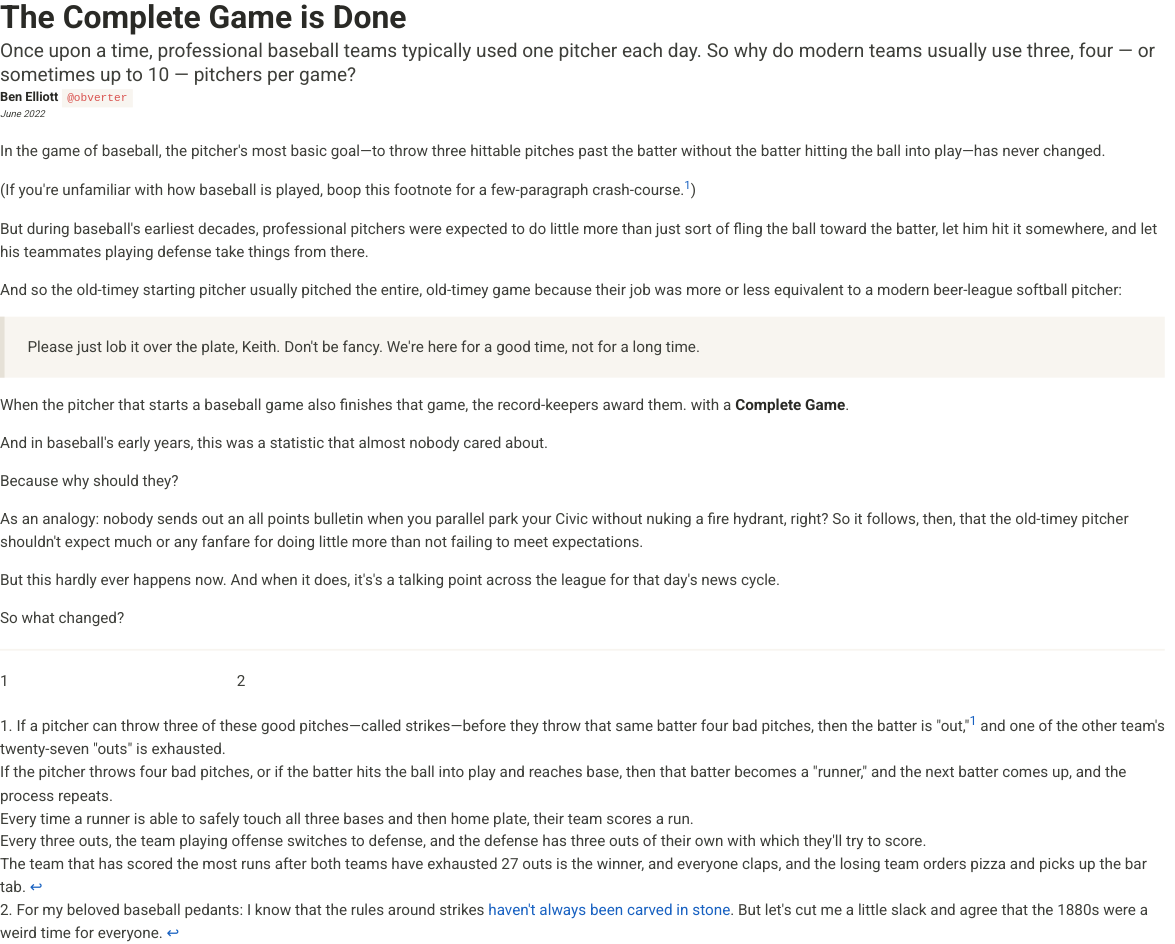
Repository: obverter/complete-games-are-done
Page: index.html
These files come from the project's save history. The page is drawn as it stood at one moment and after the next save; the edit follows.
The browser window is 1280 px wide. The page is 1291 px wide, so the pictures cover 1291 px, including what lies to the right of the window. The pictures show the whole page, at 91% of full size.

Above is the page before, as saved 2022-06-25 07:48:40.

### index.html
<!DOCTYPE html>
<html>
    <head>
        <meta charset="utf-8" />
        <meta name="viewport" content="width=device-width, initial-scale=1" />
        <title>Complete Games Are Done</title>
        <!-- todo: Title above is the text in the browser tab. -->
        <link rel="stylesheet" href="docs/bulmaswap.min.css" />
    </head>

    <body>
        <h1 class="title is-2">The Complete Game is Done</h1>
        <!-- todo: Title above is the Content title. -->
        <p class="subtitle is-4">
            Once upon a time, professional baseball teams typically used one
            pitcher each day. So why do modern teams usually use three, four —
            or sometimes up to 10 — pitchers per game?
            <!-- todo: Subtitle above is the Content subtitle. -->
        </p>

        <h6 class="title is-6">Ben Elliott <code>@obverter</code></h6>
        <h6 class="subtitle is-7"><em>June 2022</em></h6>
        <div class="content">
            <p>
                In the game of baseball, the pitcher's most basic goal—to throw
                three hittable pitches past the batter without the batter
                hitting the ball into play—has never changed.
            </p>
            <p>
                (If you're unfamiliar with how baseball is played, boop this
                footnote for a few-paragraph crash-course.<sup
                    ><a href="#fn1" id="ref1">1</a></sup
                >)
            </p>
            <p>
                But during baseball's earliest decades, professional pitchers
                were expected to do little more than just sort of fling the ball
                toward the batter, let him hit it somewhere, and let his
                teammates playing defense take things from there.
            </p>
            <p>
                And so the old-timey starting pitcher usually pitched the
                entire, old-timey game because their job was more or less
                equivalent to a modern beer-league softball pitcher:
            </p>
            <blockquote>
                Please just lob it over the plate, Keith. Don't be fancy. We're
                here for a good time, not for a long time.
            </blockquote>
            <p>
                When the pitcher that starts a baseball game also finishes that
                game, the record-keepers award them. with a
                <strong>Complete Game</strong>.
            </p>
            <p>
                And in baseball's early years, this was a statistic that almost
                nobody cared about.
            </p>
            <p>Because why should they?</p>
            <p>
                As an analogy: nobody sends out an all points bulletin when you
                parallel park your Civic without nuking a fire hydrant, right?
                So it follows, then, that the old-timey pitcher shouldn't expect
                much or any fanfare for doing little more than not failing to
                meet expectations.
            </p>
            <p>
                But this hardly ever happens now. And when it does, it's's a
                talking point across the league for that day's news cycle.
            </p>
            <p>So what changed?</p>
        </div>
        <hr />
        <div class="columns">
            <div class="column is-one-fifth">1</div>
            <div class="column is-two-fifths">2</div>
            <!-- <div class="column">3</div>
            <div class="column">4</div>
            <div class="column">5</div> -->
        </div>
        <sup id="fn1"></sup>
        <p>
            1. If a pitcher can throw three of these good pitches—called
            strikes—before they throw that same batter four bad pitches, then
            the batter is "out,"<sup><a href="#fn2" id="ref1">1</a></sup>
            and one of the other team's twenty-seven "outs" is exhausted.
        </p>
        <p>
            If the pitcher throws four bad pitches, or if the batter hits the
            ball into play and reaches base, then that batter becomes a
            "runner," and the next batter comes up, and the process repeats.
        </p>
        <p>
            Every time a runner is able to safely touch all three bases and then
            home plate, their team scores a run.
        </p>
        <p>
            Every three outs, the team playing offense switches to defense, and
            the defense has three outs of their own with which they'll try to
            score.
        </p>
        <p>
            The team that has scored the most runs after both teams have
            exhausted 27 outs is the winner, and everyone claps, and the losing
            team orders pizza and picks up the bar tab.
            <a href="#ref1" title="Jump back to footnote 1 in the text.">↩</a>
            <br />
            <sup id="fn2">
                <p>
                    2. For my beloved baseball pedants: I know that the rules
                    around strikes
                    <a
                        strong
                        href="https://www.baseball-almanac.com/articles/strike_zone_rules_history.shtml"
                        >haven't always been carved in stone</a
                    >. But let's cut me a little slack and agree that the 1880s
                    were a weird time for everyone.
                    <a href="#ref2" title="Jump back to footnote 2 in the text."
                        >↩</a
                    >
                </p></sup
            >
        </p>
    </body>
</html>

Loaded but not shown: docs/bulmaswap.min.css (library)

After the next save:
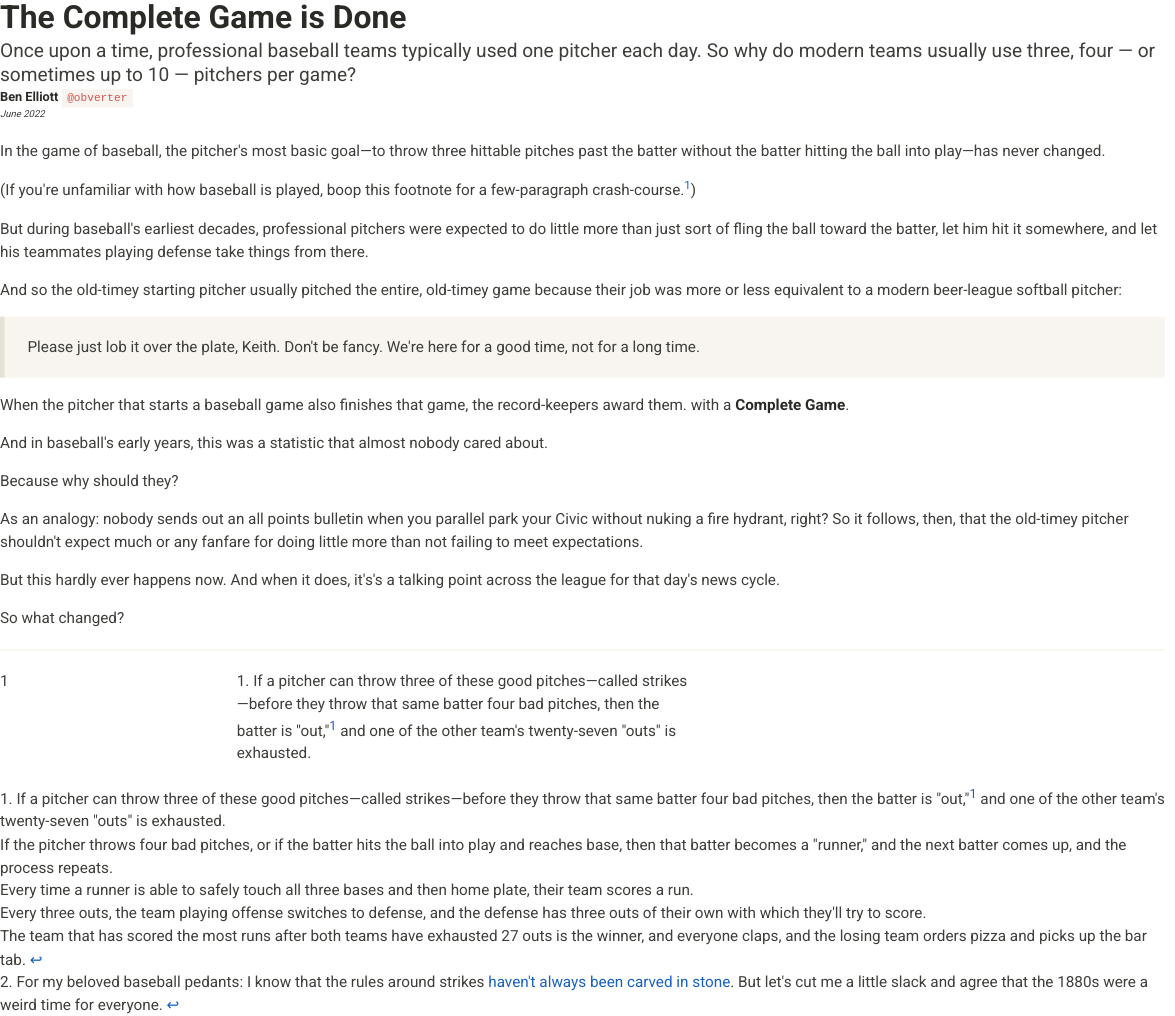
Saved 17 s later.
--- a/index.html
+++ b/index.html
@@ -73,7 +73,12 @@
         <hr />
         <div class="columns">
             <div class="column is-one-fifth">1</div>
-            <div class="column is-two-fifths">2</div>
+            <div class="column is-two-fifths"><p>
+            1. If a pitcher can throw three of these good pitches—called
+            strikes—before they throw that same batter four bad pitches, then
+            the batter is "out,"<sup><a href="#fn2" id="ref1">1</a></sup>
+            and one of the other team's twenty-seven "outs" is exhausted.
+        </p></div>
             <!-- <div class="column">3</div>
             <div class="column">4</div>
             <div class="column">5</div> -->
